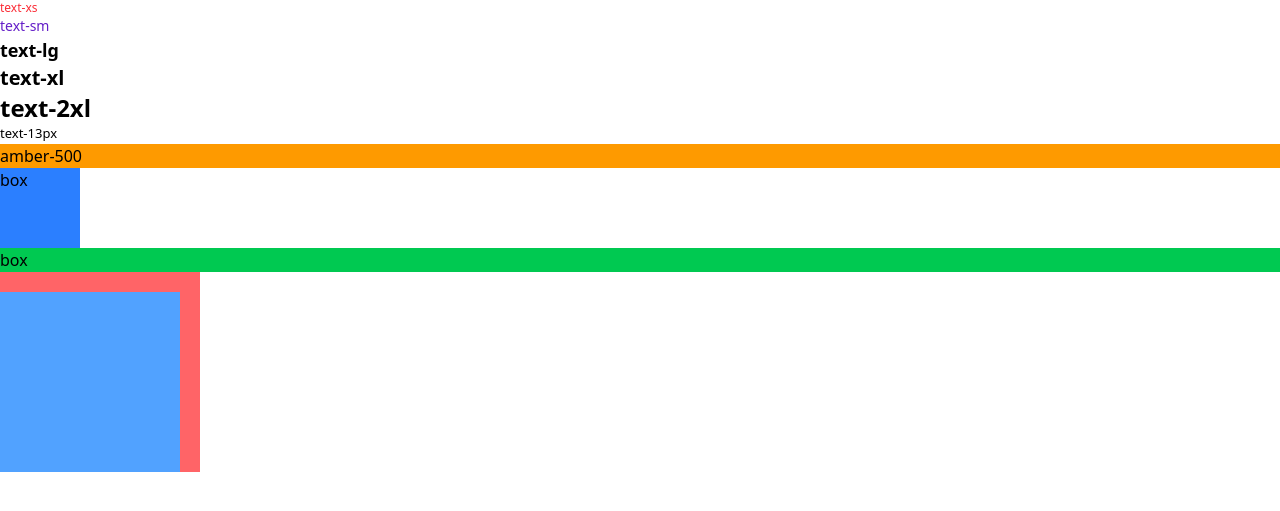
Repository: kkhhjjoo/onebite-tailwind
Page: /
The author's editor kept a copy of each file at every save. The page is drawn from the files as they stood at one save, then again after the next save.
The browser window is 1280 px wide. The pictures show the whole page.
The project was rebuilt for these pictures with package versions that can differ from the ones it lists, and the page was loaded fresh each time. Also part of the build but not shown: vite.config.ts, src/App.css.

Above is the page before, as saved 2025-12-24 19:48:15.

### src/main.tsx
import { createRoot } from 'react-dom/client'
import './index.css'
import App from './App.tsx'

createRoot(document.getElementById('root')!).render(<App />);

### src/App.tsx
import "./App.css";

function App() {
  return (
    <div>
      {/* 1. 타이포그래프 */}
      <div className="text-xs text-red-500">text-xs</div>
      <div className="text-sm text-[rgb(100,30,200)]">text-sm</div>
      <div className="text-lg font-bold">text-lg</div>
      <div className="text-xl font-extrabold">text-xl</div>
      <div className="text-2xl font-black">text-2xl</div>
      <div className="text-[13px]">text-13px</div>

      {/* 2. 백그라운드 컬러 */}
      <div className="bg-amber-500">amber-500</div>

      {/* 3. 사이즈 */}
      <div className="h-20 w-20 bg-blue-500">box</div>
      <div className="w-full bg-green-500">box</div>

      {/* 4. 여백 */}
      <div className="h-50 w-50 bg-red-400 pt-5 pr-5">
        <div className="h-full w-full bg-blue-400"></div>
      </div>
    </div>
  );
}

export default App;

Loaded but not shown: index.html (common file); src/index.css (common file)

After the next save:
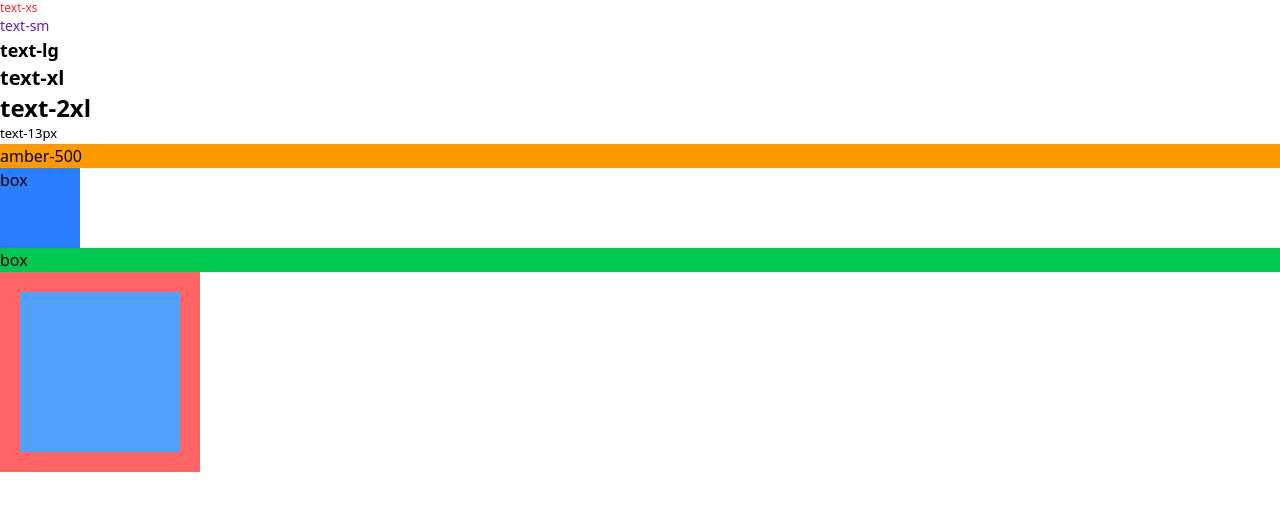
Saved 16 s later.
--- a/src/App.tsx
+++ b/src/App.tsx
@@ -19,7 +19,7 @@ function App() {
       <div className="w-full bg-green-500">box</div>
 
       {/* 4. 여백 */}
-      <div className="h-50 w-50 bg-red-400 pt-5 pr-5">
+      <div className="h-50 w-50 bg-red-400 pt-5 pr-5 pb-5 pl-5">
         <div className="h-full w-full bg-blue-400"></div>
       </div>
     </div>
